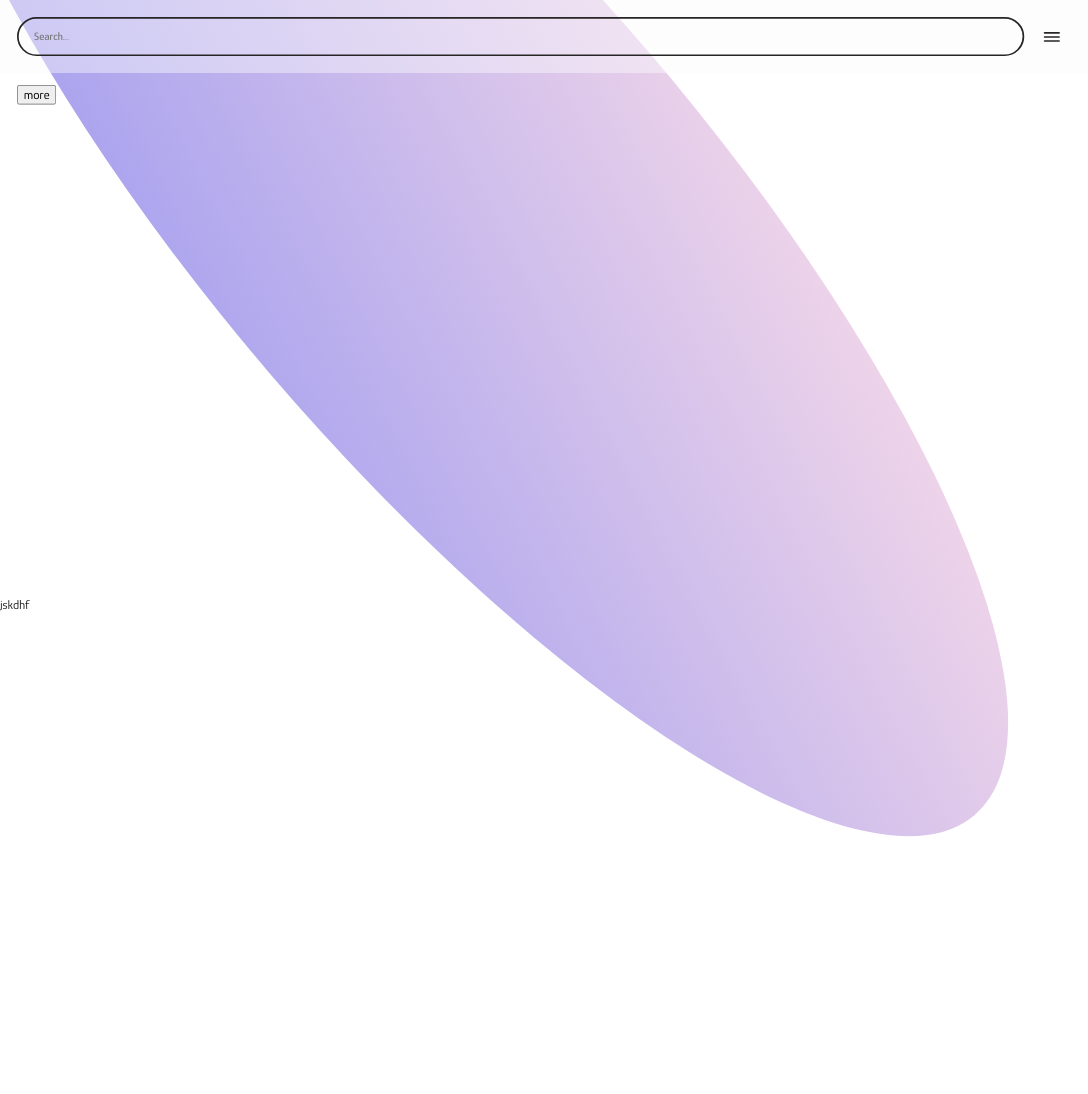
Repository: Axeliriya/my-test
Page: /
These files come from the project's save history. The page is drawn as it stood at one moment and after the next save; the edit follows.
The browser window is 1280 px wide. The pictures show the whole page, at 85% of full size.
The page's requests for data from a server got no answer. The project was rebuilt for these pictures with package versions that can differ from the ones it lists, and the page was loaded fresh each time. No one was signed in, and anything a server would have sent is missing. Also part of the build but not shown: src/components/ProductList/ProductList.tsx, src/components/ProductItem/ProductItem.tsx.

Above is the page before, as saved 2022-04-05 15:48:50.

### public/index.html
<!DOCTYPE html>
<html lang="en">
  <head>
    <meta charset="utf-8" />
    <link rel="icon" href="%PUBLIC_URL%/favicon.ico" />
    <meta name="viewport" content="width=device-width, initial-scale=1" />
    <meta name="theme-color" content="#9796F0" />
    <title>React App</title>
  </head>
  <body>
    <div id="root"></div>
  </body>
</html>

### src/index.tsx
import { createRoot } from 'react-dom/client';
import { App } from './components';
import './assets/styles/main.scss';

const root = createRoot(document.getElementById('root') as HTMLDivElement);
root.render(<App />);

### src/components/index.ts
export * from './App/App';
export * from './Layout/Layout';
export * from './Header/Header';
export * from './Button/Button';
export * from './Input/Input';
export * from './ProductList/ProductList';
export * from './ProductItem/ProductItem';
export * from './Main/Main';

### src/assets/styles/main.scss
@import './base/normalize';
@import './base/fonts';
@import './utils/variables';
@import './utils/mixins';
@import './utils/placeholder';
@import './base/body';

### src/components/App/App.tsx
import { useEffect, useState } from 'react';
import { Layout, ProductList } from '..';
import { ProductModel } from '../../interfaces/product.interface';
import { getProducts } from '../../services/api-service';
import styles from './App.module.scss';
// import { AppProps } from './App.props';

export const App = (): JSX.Element => {
  return (
    <div className={styles.app}>
      <Layout />
    </div>
  );
};

### src/components/Layout/Layout.tsx
import { Header, Input, Main } from '..';
import styles from './Layout.module.scss';
import { LayoutProps } from './Layout.props';

export const Layout = ({ children }: LayoutProps): JSX.Element => {
  return (
    <div className={styles.layout}>
      <Header>
        <Input placeholder="Search..." />
      </Header>
      <Main />
      <footer className={styles.main}>jskdhf</footer>
    </div>
  );
};

### src/components/Header/Header.tsx
/* eslint-disable no-constant-condition */
import styles from './Header.module.scss';
import { HeaderProps } from './Header.props';
import { ReactComponent as Burger } from './burger.svg';
import { ReactComponent as Search } from './search.svg';
import { Button } from '..';

export const Header = ({ children, ...props }: HeaderProps): JSX.Element => {
  return (
    <header className={styles.header} {...props}>
      <div className={styles.wrapper}>
        {false ? (
          <>
            <a className={styles.logo} href="/">
              Сlothes
            </a>
            <Button>
              <Search />
            </Button>
          </>
        ) : (
          <div className={styles.input}>{children}</div>
        )}
      </div>
      <Button>
        <Burger />
      </Button>
    </header>
  );
};

### src/components/Button/Button.tsx
import styles from './Button.module.scss';
import { ButtonProps } from './Button.props';
import cn from 'classnames';

export const Button = ({
  appearance,
  children,
  className,
  ...props
}: ButtonProps) => {
  return (
    <button
      className={cn(styles.button, className, {
        [styles.primary]: appearance === 'primary',
        [styles.green]: appearance === 'green',
        [styles.ghost]: appearance === 'ghost',
      })}
      {...props}
    >
      {children}
    </button>
  );
};

### src/components/Input/Input.tsx
import styles from './Input.module.scss';
import { InputProps } from './Input.props';
import cn from 'classnames';

export const Input = ({ className, ...props }: InputProps): JSX.Element => {
  return <input className={cn(styles.input, className)} {...props} />;
};

### src/components/Main/Main.tsx
import { useEffect, useState } from 'react';
import { ProductList } from '..';
import { ProductModel } from '../../interfaces/product.interface';
import { getProducts } from '../../services/api-service';
import styles from './Main.module.scss';

export const Main = (): JSX.Element => {
  const [products, setProducts] = useState<ProductModel[]>();
  const [fullList, setFullist] = useState<ProductModel[]>();
  const [page, setPage] = useState<number>(1);

  useEffect(() => {
    const fetch = async () => {
      const { data } = await getProducts();
      setFullist(data?.data?.products);

      const productList = getListByPage(page, data?.data?.products);

      setProducts(productList);
    };
    fetch();
  }, [page]);

  function getListByPage(pageNumber: number, fullList: ProductModel[]) {
    if (pageNumber < 1) return [];

    const itemsPerPage = 10;
    const start = (pageNumber - 1) * itemsPerPage;
    const end = start + itemsPerPage;
    return fullList.slice(start, end);
  }

  const onClickPage = (nextPage: number) => {
    setPage((nextPage += 1));
    fullList && getListByPage(page, fullList);
  };
  return (
    <main className={styles.main}>
      {products && <ProductList products={products} />}
      {/* <ul>
    {products?.map(product => (
      <li key={product.name}>{product.name}</li>
    ))}
  </ul> */}
      <button onClick={() => onClickPage(page)}>more</button>
      <div className={styles.bg} />
    </main>
  );
};

### src/assets/styles/base/_fonts.scss
@font-face {
  font-family: 'Glory';
  font-style: normal;
  font-weight: 400;
  src: url('../../fonts/glory-regular.woff2') format('woff2'),
    url('../../fonts/glory-regular.ttf') format('ttf');
}

@font-face {
  font-family: 'Glory';
  font-style: normal;
  font-weight: 500;
  src: url('../../fonts/glory-medium.woff2') format('woff2'),
    url('../../fonts/glory-medium.ttf') format('ttf');
}

@font-face {
  font-family: 'Glory';
  font-style: normal;
  font-weight: 600;
  src: url('../../fonts/glory-semibold.woff2') format('woff2'),
    url('../../fonts/glory-semibold.ttf') format('ttf');
}

@font-face {
  font-family: 'Glory';
  font-style: normal;
  font-weight: 700;
  src: url('../../fonts/glory-bold.woff2') format('woff2'),
    url('../../fonts/glory-bold.ttf') format('ttf');
}

### src/assets/styles/utils/_variables.scss
$primary-color: #ffffff;
$primary-text-color: #272525;
$alternate-bg-color: #eef1f6;
$secondery-text-color: #454747;
$secondery-color: #3c336c;
$accent-color: #309f85;
$light-color: #c4c4c4;
$main-gradient: linear-gradient(38.95deg, #9796f0 -10.38%, #ffe0e8 107.56%);

$cubic: 250ms cubic-bezier(0.4, 0, 0.2, 1);

$font: Glory, sans-serif;

### src/assets/styles/utils/_mixins.scss
@mixin font($weight, $size, $line-height: 1.3, $family: $font) {
  font-family: $family;
  font-weight: $weight;
  font-size: $size;
  line-height: $line-height;
}

### src/assets/styles/utils/_placeholder.scss
%link {
  text-decoration: none;
}

%list {
  list-style: none;
  margin: 0;
  padding: 0;
}

%input {
  @include font(500, 13px, 1.4);
  padding: 12px 18px;
  background: transparent;
  color: $primary-text-color;
  border: 2px solid $primary-text-color;
  border-radius: 50px;
}

%btn-icon {
  padding: 10px;
  background-color: transparent;
  border: 1px solid transparent;
  border-radius: 5px;
  cursor: pointer;
  transition: all $cubic;
}

%btn {
  @include font(500, 13px, 1.4);
  color: $primary-color;
  padding: 12px 18px;
  border-radius: 50px;
}

### src/assets/styles/base/_body.scss
img {
  display: block;
  width: 100%;
  height: auto;
}

body {
  margin: 0;
  background-color: $primary-color;
  color: $primary-text-color;
  @include font(400, 15px);
}

code {
  font-family: source-code-pro, Menlo, Monaco, Consolas, 'Courier New',
    monospace;
}

### src/components/App/App.module.scss
// .app {
//   min-height: 100vh;
//   display: grid;
//   grid-template-rows: 1fr;
// }

@media screen and (min-width: 520px) {
  .app {
    grid-template-columns: auto 1fr auto;
  }
}

@media screen and (min-width: 682px) {
  .app {
    grid-template-columns: auto 665px auto;
  }
}

### src/components/Layout/Layout.module.scss
.layout {
  display: grid;
  grid-template-columns: auto 1fr auto;
  grid-template-rows: 1fr auto;
  min-height: 100vh;
}

.footer {
  grid-column: 1 / -1;
}

@media screen and (min-width: 520px) {
  .app {
    grid-template-columns: auto 1fr auto;
  }
}

@media screen and (min-width: 682px) {
  .app {
    grid-template-columns: auto 665px auto;
  }
}

### src/components/Header/Header.module.scss
@import '../../assets/styles/main.scss';

.header {
  position: fixed;
  width: 100%;
  display: flex;
  justify-content: space-between;
  align-items: center;
  background: rgba(250, 251, 253, 0.44);
  padding: 20px;
}

.wrapper {
  width: 100%;
  display: flex;
  justify-content: space-between;
  align-items: center;
  margin-right: 10px;
}

.logo {
  @extend %link;
  font-weight: 700;
  font-size: 36px;
  line-height: 105.5%;
  color: $primary-text-color;
  &:hover {
    color: $secondery-text-color;
  }
}

.input {
  width: 100%;
}

// @media screen and (min-width: 520px) {
//   .app {
//     grid-template-columns: auto 1fr auto;
//   }
// }

// @media screen and (min-width: 682px) {
//   .app {
//     grid-template-columns: auto 665px auto;
//   }
// }

### src/components/Button/Button.module.scss
@import '../../assets/styles/main.scss';

.button {
  @extend %btn-icon;
}

.button svg {
  display: block;
  width: 100%;
  height: auto;
}

.primary,
.green,
.ghost {
  @extend %btn;
  background-color: $secondery-color;
  &:hover {
    padding: 14px 20px;
    box-shadow: 0px 20px 50px rgba(0, 0, 0, 0.1);
    border-radius: 55px;
  }
}

.green {
  background-color: $accent-color;
}

.ghost {
  background-color: $light-color;
}

### src/components/Input/Input.module.scss
@import '../../assets/styles/main.scss';

.input {
  width: 100%;
  @extend %input;
  &:focus {
    border: 1px solid $primary-text-color;
  }
}

### src/components/ProductList/ProductList.module.scss
@import '../../assets/styles/main.scss';

.users {
  display: grid;
  gap: 12px;

  @extend %list;
}

### src/services/api-service.ts
import axios from 'axios';

axios.defaults.baseURL = `https://artisant.io/api`;

export const getProducts = async () => {
  return await axios.get(`/products`);
};

### src/components/Main/Main.module.scss
@import '../../assets/styles/main.scss';

.main {
  padding: 100px 20px 20px 20px;
  grid-column: 1 / -1;
}

.bg {
  position: absolute;
  top: 0;
  left: -100px;
  z-index: -1;
  width: 100%;
  height: 500px;
  background: $main-gradient;
  transform: skew(10deg, 40deg) scale(1, 2);
  border-radius: 50%;
  overflow: hidden;
}

@media screen and (min-width: 520px) {
  // .main {
  //   grid-template-columns: auto 1fr;
  //   grid-template-rows: 1fr;
  //   grid-column: 2 / 3;
  // }
}

Loaded but not shown: src/assets/styles/base/_normalize.scss (common file)

After the next save:
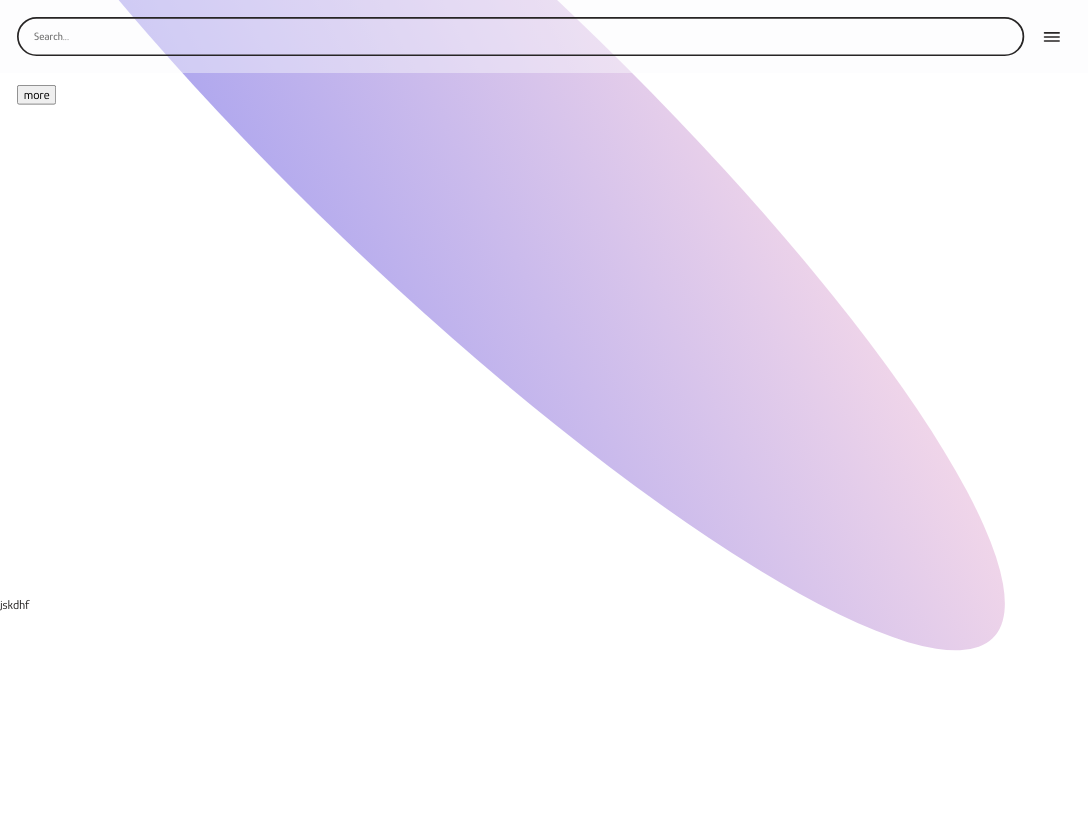
Saved 22 s later.
--- a/src/components/Main/Main.module.scss
+++ b/src/components/Main/Main.module.scss
@@ -11,7 +11,7 @@
   left: -100px;
   z-index: -1;
   width: 100%;
-  height: 500px;
+  height: 300px;
   background: $main-gradient;
   transform: skew(10deg, 40deg) scale(1, 2);
   border-radius: 50%;
